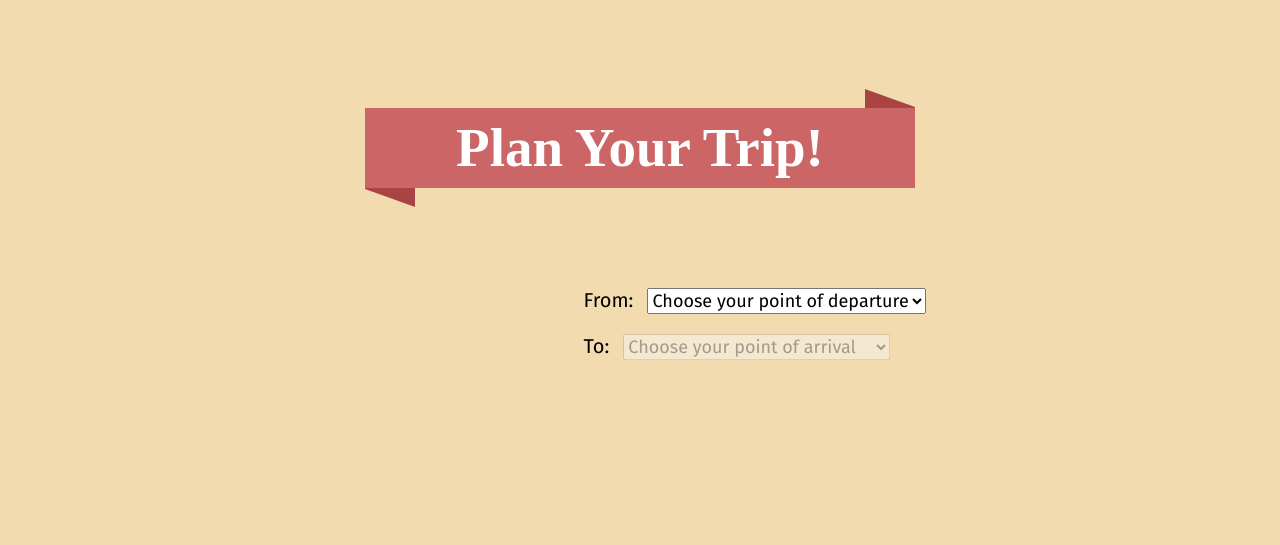
Repository: bbh0607/bae_dNation
Page: public/index.html
An editor plug-in stored every save of this project. The page is shown before and after a run of saves, followed by the edit.
The browser window is 1280 px wide. The pictures show the whole page.
Some web fonts or font styles are not loaded; a fallback is used.

Above is the page before, as saved 2020-02-01 15:57:29.

### public/index.html
<!DOCTYPE html>
<html lang="en">
  <head>
    <meta charset="UTF-8" />
    <link rel="stylesheet" type="text/css" href="./css/style.css" />
    <link rel="stylesheet" href="https://fonts.googleapis.com/css?family=Fira+Sans">
    <link rel="stylesheet" href="https://cdnjs.cloudflare.com/ajax/libs/font-awesome/4.7.0/css/font-awesome.min.css">
    <script src="js/script.js"></script>
    <title>My Website</title>
  </head>
  <body>
    <h1>Plan Your Trip!</h1>
    <form action="result.html" method="POST">
      <ul>
        <li>
          <label for="from">From:</label>
          <select id="fromSelect" name="from" onchange="removeDuplicate(this)" required>
            <option value="DEFAULT" selected disabled hidden>Choose your point of departure</option>
            <option value="KLIA">KLIA (KL International Airport)</option>
            <option value="KLIA2">KLIA2 (Airport Terminal 2)</option>
            <option value="SENTRAL">KL Sentral</option>
            <option value="OTHER">Other..</option>
          </select>
          <i class="fromSearch" hidden>
            <i class="fa fa-search icon"></i>
            <input type="text" name="search" placeholder="Where would you like to start?">
          </i>
        </li>
        <li>
          <label for="to">To:</label>
          <select id="toSelect" name="to" onchange="removeDuplicate(this)" disabled required>
            <option value="DEFAULT" selected disabled hidden>Choose your point of arrival</option>
            <option value="KLIA">KLIA (KL International Airport)</option>
            <option value="KLIA2">KLIA2 (Airport Terminal 2)</option>
            <option value="SENTRAL">KL Sentral</option>
            <option value="OTHER">Other..</option>
          </select>
          <i class="toSearch" hidden>
            <i class="fa fa-search icon"></i>
            <input type="text" name="search" placeholder="Where would you like to go?">
          </div>
        </li>
        <li>
          <label for="deptime">Time of Departure:</label>
          <input type="time" id="deptime" name="deptime" value="09:00" required>
        </li>
        <li>
          <label for="adult">Adult:</label>
          <input type="number" id="adult" name="adult" value="0" min='0' required>
          <label for="child">Child:</label>
          <input type="number" id="child" name="child" value="0" min='0' required>
          <small>(Applicable for age 6-15)</small>
        </li>
        <li>
          <input type="submit" value="Search">
        </li>
      </ul>
    </form a>
  </body>
</html>

### public/css/style.css
/* body {
  background-color: aquamarine;
} */

@import url(https://fonts.googleapis.com/css?family=Patua+One);

body {
  background-color:#F2DBAE;
  align-content: center;
}

h1 {
  background-color:#c66;
  width:550px; height:80px;
  line-height:80px;
  font-size:55px;
  text-align:center;
  position:relative;
  margin:100px auto;
  font-family: 'Patua One', cursive;
  color:#fff;
  }

h1:before, h1:after {
  background-color:#a44;
  width:50px; height:80px;
  content:'';
  display:block;
  transform:skewY(20deg);
  position:absolute;
  z-index:-1;
}

h1:before {top:10px; left:0; }
h1:after {top:-10px; right:0; }

label {
  font-size: 20px;
  font-family: "Fira Sans", sans-serif;
  margin-right: 10px;
}

ul {
  list-style-type: none;
  justify-self: center;
  margin-left: 200px;
}

li {
  margin-top: 20px;
}

select {
  font-family: "Fira Sans", sans-serif;
  font-size: 18px;
  margin-right: 10px;
}

input[type="submit"]{
  background-color: #c66;
  color: #fff;
  font-size: 20px;
  font-family: 'Patua One', cursive;
  padding-left: 20px;
  padding-right: 20px;
}

input[type="time"], input[type="number"]{
  width: 120px;
  text-align: center;
  font-family: "Fira Sans", sans-serif;
  font-size: 18px;
  margin-right: 10px;
}

input[type="text"] {
  width: 250px;
  font-family: "Fira Sans", sans-serif;
  font-size: 16px;
  margin-right: 10px;
  padding-left: 10px;
}

small {
  font-family: "Fira Sans", sans-serif;
  font-size: 14px;
}

input[type='number']::-webkit-inner-spin-button,
input[type='number']::-webkit-outer-spin-button {
    opacity: 1;
}

input[type='time']::-webkit-inner-spin-button,
input[type='time']::-webkit-outer-spin-button {
    opacity: 1;
}

.icon{
  margin-right: 5px;
}

### public/js/script.js
function removeDuplicate(element) {
    const changedId = element.id;
    const comparisonId = changedId == 'fromSelect'? 'toSelect': 'fromSelect';
    const changed = document.getElementById(changedId);
    const compare = document.getElementById(comparisonId);

    if (
      changed.options[changed.selectedIndex].value ===
      compare.options[compare.selectedIndex].value
    ) compare.value="DEFAULT"

    document.getElementById(comparisonId).disabled = false;
}

After the next 2 saves:
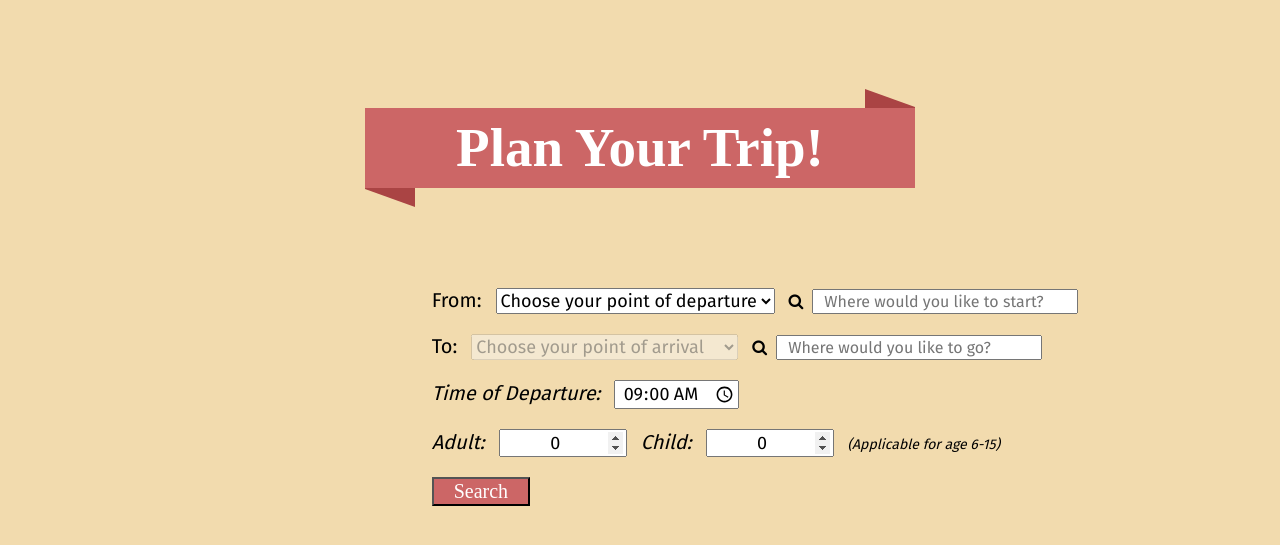
The 2 saves are shown as one change because they came seconds apart.
The last was saved 21 s later.
--- a/public/index.html
+++ b/public/index.html
@@ -21,7 +21,7 @@
             <option value="SENTRAL">KL Sentral</option>
             <option value="OTHER">Other..</option>
           </select>
-          <i class="fromSearch" hidden>
+          <i class="fromSearch" >
             <i class="fa fa-search icon"></i>
             <input type="text" name="search" placeholder="Where would you like to start?">
           </i>
@@ -35,7 +35,7 @@
             <option value="SENTRAL">KL Sentral</option>
             <option value="OTHER">Other..</option>
           </select>
-          <i class="toSearch" hidden>
+          <i class="toSearch" >
             <i class="fa fa-search icon"></i>
             <input type="text" name="search" placeholder="Where would you like to go?">
           </div>
